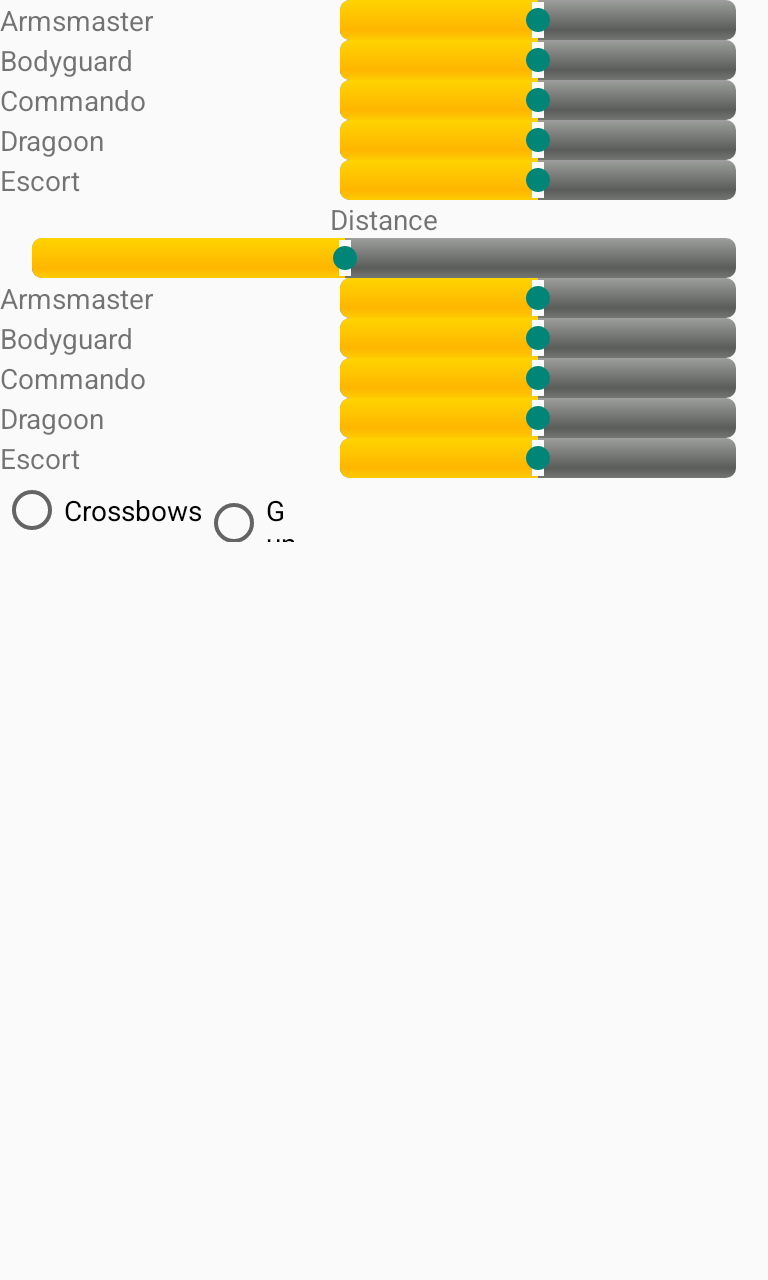
Repository: bryanpope/TARR
Layout: workspace/helloworld/res/layout/activity_hello_world.xml
An editor plug-in stored every save of this project. The layout is shown before and after the next save, followed by the edit.
It is drawn on a 768 x 1280 px phone screen (xhdpi) without system bars, with theme AppTheme; the app's code is not run.

Above is the layout before, as saved 2014-06-01 23:18:52.

After the next save:
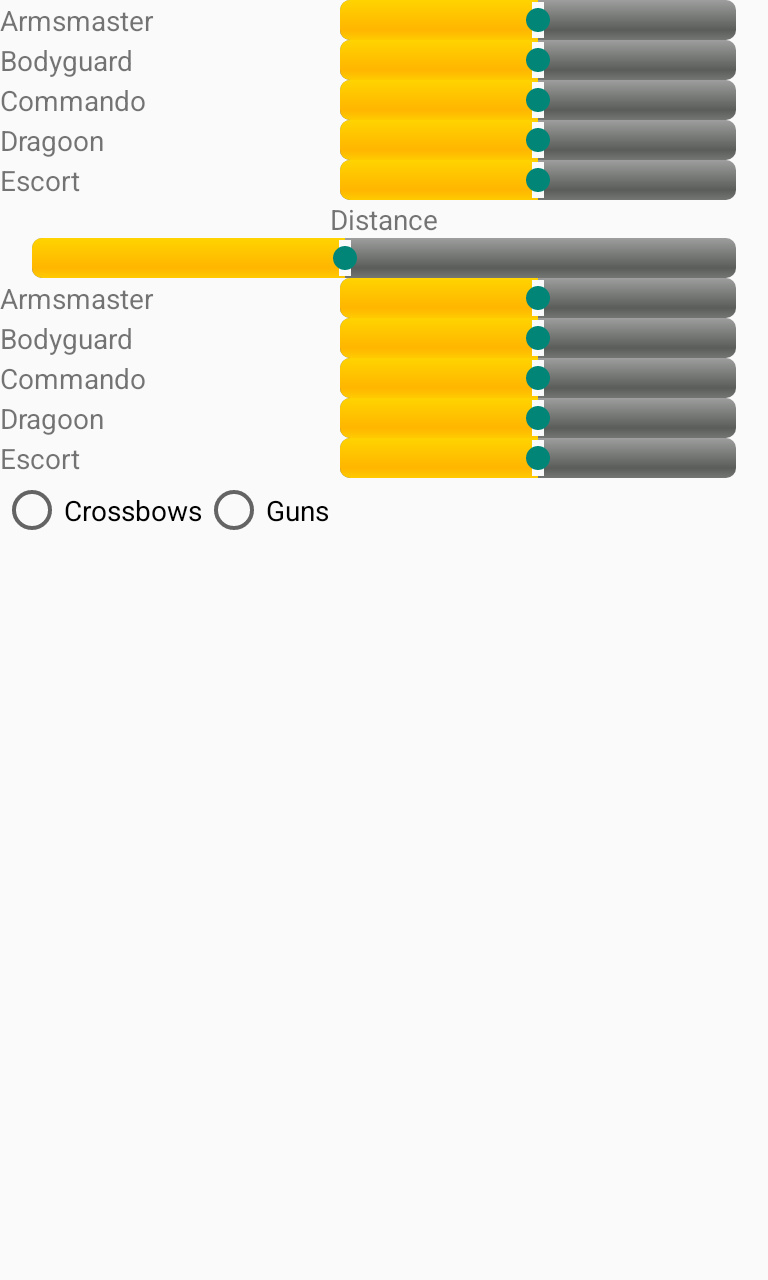
Saved 100 s later.
--- a/workspace/helloworld/res/layout/activity_hello_world.xml
+++ b/workspace/helloworld/res/layout/activity_hello_world.xml
@@ -236,7 +236,6 @@
 	    android:layout_width="fill_parent"
 	    android:layout_height="wrap_content"
 	    android:orientation="horizontal" >
-
 	    <RadioButton
 	        android:id="@+id/radioCrossbows"
 	        android:layout_width="wrap_content"
@@ -244,7 +243,6 @@
 	        android:text="@string/crossbows" />
 	    <RadioButton
 	        android:id="@+id/radioGuns"
-	        style="@android:style/Widget.ProgressBar.Horizontal"
 	        android:layout_width="wrap_content"
 	        android:layout_height="wrap_content"
 	        android:text="@string/guns" />
